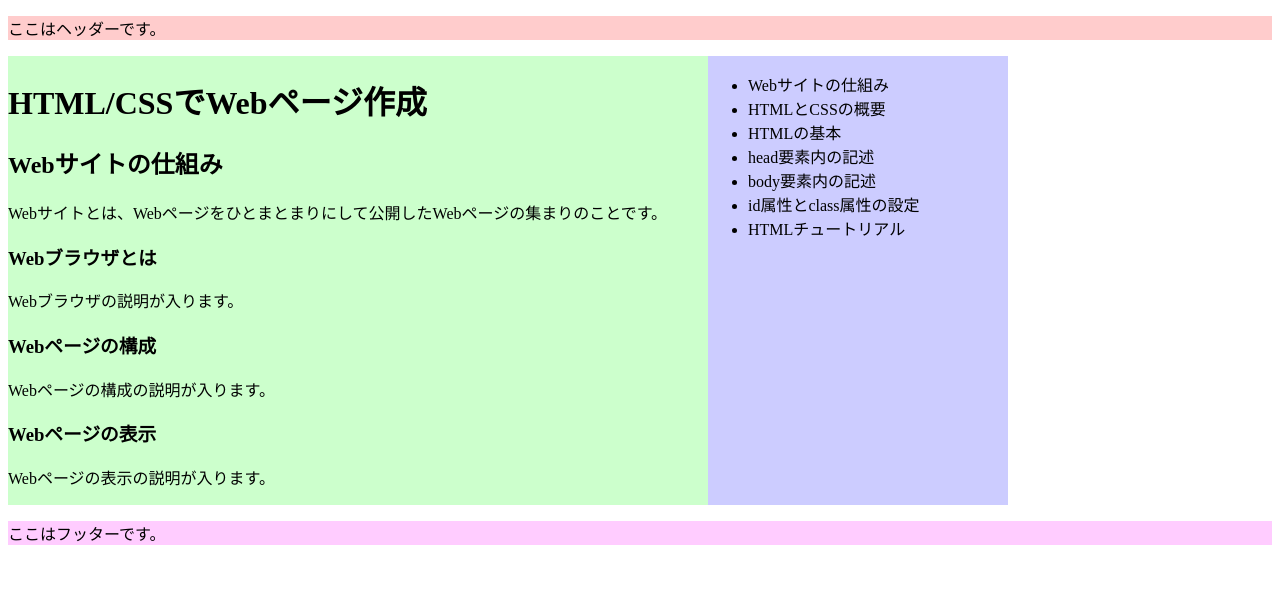
Repository: kaito-genkai/porker
Page: kadai-html.html
The author's editor kept a record of every edit. The page is drawn from the files as they stood at one moment, then again after the next edit.
The browser window is 1280 px wide. The pictures show the whole page.

Above is the page before.

### kadai-html.html
<!DOCTYPE html>
<html lang="ja">
    <head>
        <meta charset="UTF-8">
        <title>HTML/CSSでWebページ作成</title>
        <link rel="stylesheet" href="kadai-css.css" type="text/css" />
    </head>
    <body>
        <header>
            <p>ここはヘッダーです。</p>
        </header>
        <div id="wrapper">
            <div id="main">
                <h1>HTML/CSSでWebページ作成</h1>
                <h2>Webサイトの仕組み</h2>
                <p>Webサイトとは、Webページをひとまとまりにして公開したWebページの集まりのことです。</p>
                <h3>Webブラウザとは</h3>
                <p>Webブラウザの説明が入ります。</p>
                <h3>Webページの構成</h3>
                <p>Webページの構成の説明が入ります。</p>
                <h3>Webページの表示</h3>
                <p>Webページの表示の説明が入ります。</p>
            </div>
            <nav id="menu">
                <ul>
                    <li>Webサイトの仕組み</li>
                    <li>HTMLとCSSの概要</li>
                    <li>HTMLの基本</li>
                    <li>head要素内の記述</li>
                    <li>body要素内の記述</li>
                    <li>id属性とclass属性の設定</li>
                    <li>HTMLチュートリアル</li>
                </ul>
            </nav>
        </div>
        <footer>
            <p>ここはフッターです。</p>
        </footer>
    </body>
</html>

### kadai-css.css
@charset "UTF-8";

header p {
    background-color: #ffcccc;
}

#wrapper {
    display: flex;
}

#main {
    background-color: #ccffcc;
    width: 700px;
}

#menu {
    background-color: #ccccff;
    width: 300px;
}

footer {
    background-color: #ffccff;
}

After the next edit:
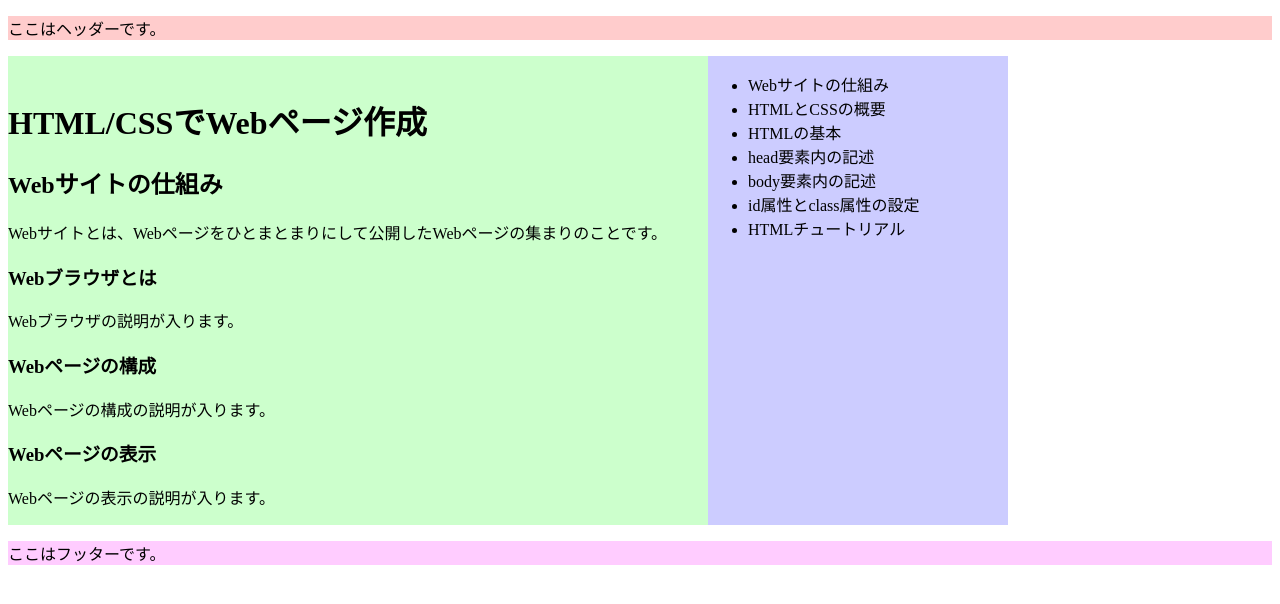
The edit:
--- a/kadai-css.css
+++ b/kadai-css.css
@@ -11,6 +11,7 @@
 #main {
     background-color: #ccffcc;
     width: 700px;
+    padding-top: 20px;
 }
 
 #menu {
